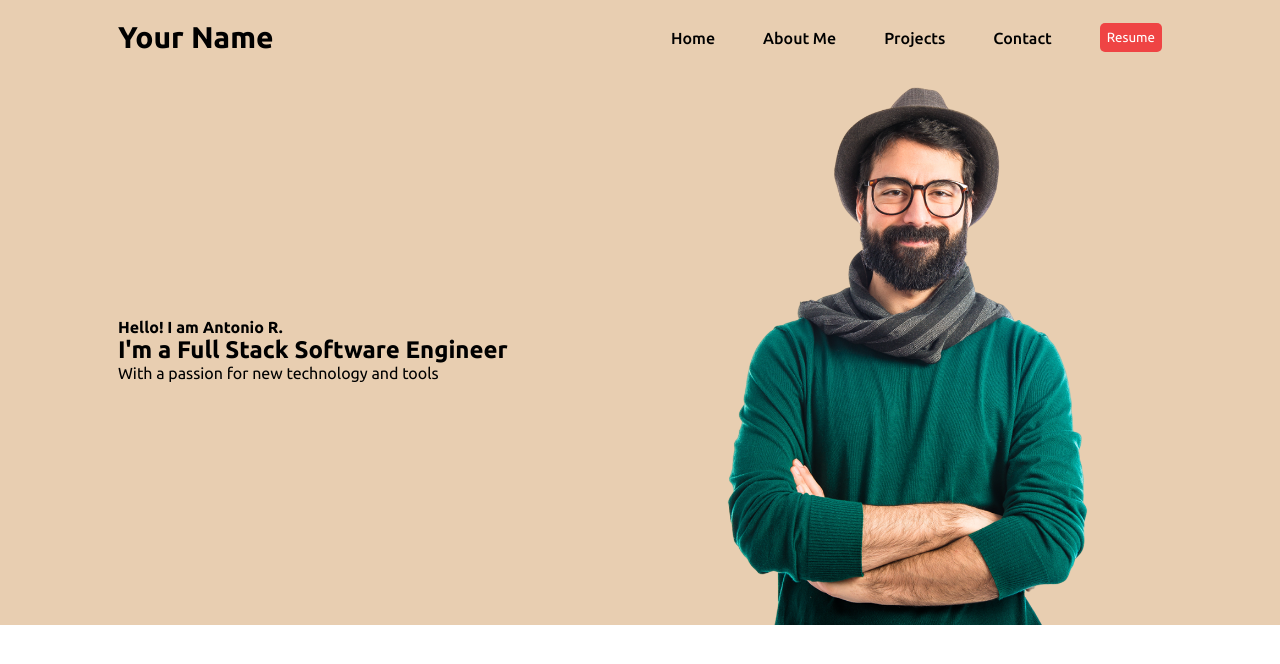
Repository: DevAntonioRogers/vanilla-portfolio
Page: index.html
These files come from the project's save history. The page is drawn as it stood at one moment and after the next save; the edit follows.
The browser window is 1280 px wide. The pictures show the whole page.

Above is the page before, as saved 2023-07-14 21:59:32.

After the next save:
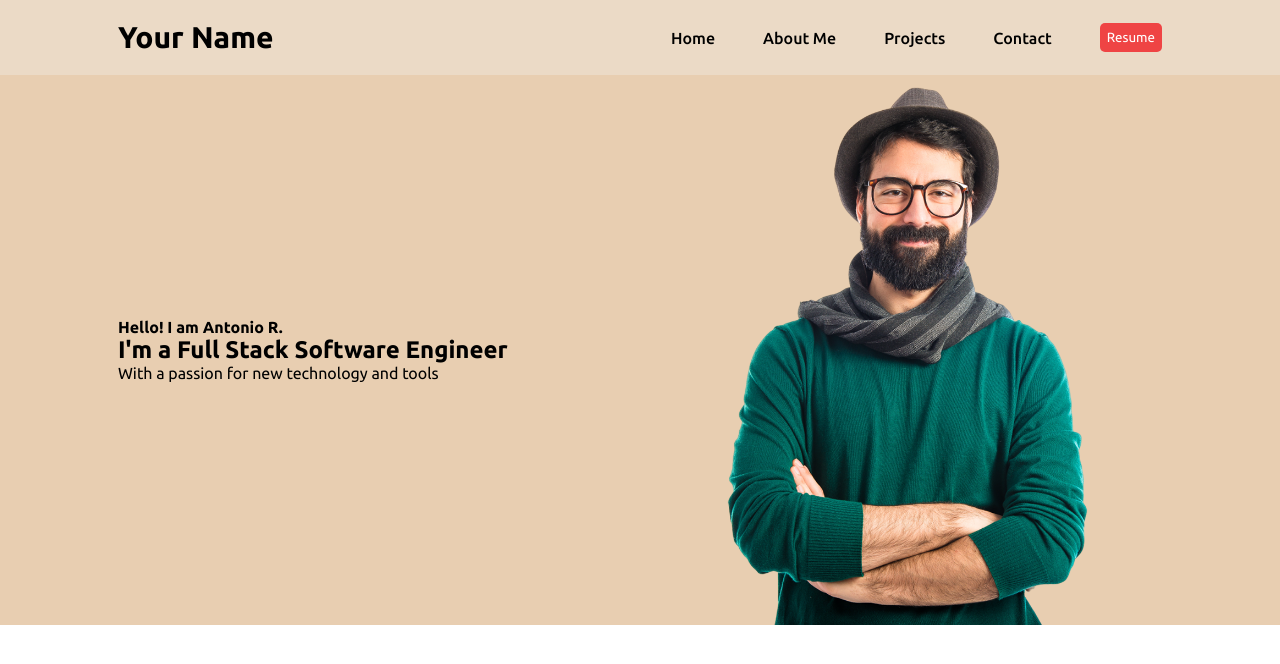
Saved 2 min 0 s later.
--- a/style.css
+++ b/style.css
@@ -25,7 +25,7 @@ li {
 /* NAVBAR STYLING */
 
 nav {
-  background: #e8ceb1;
+  background: #ebdac6;
   padding: 20px 0;
 }
 
